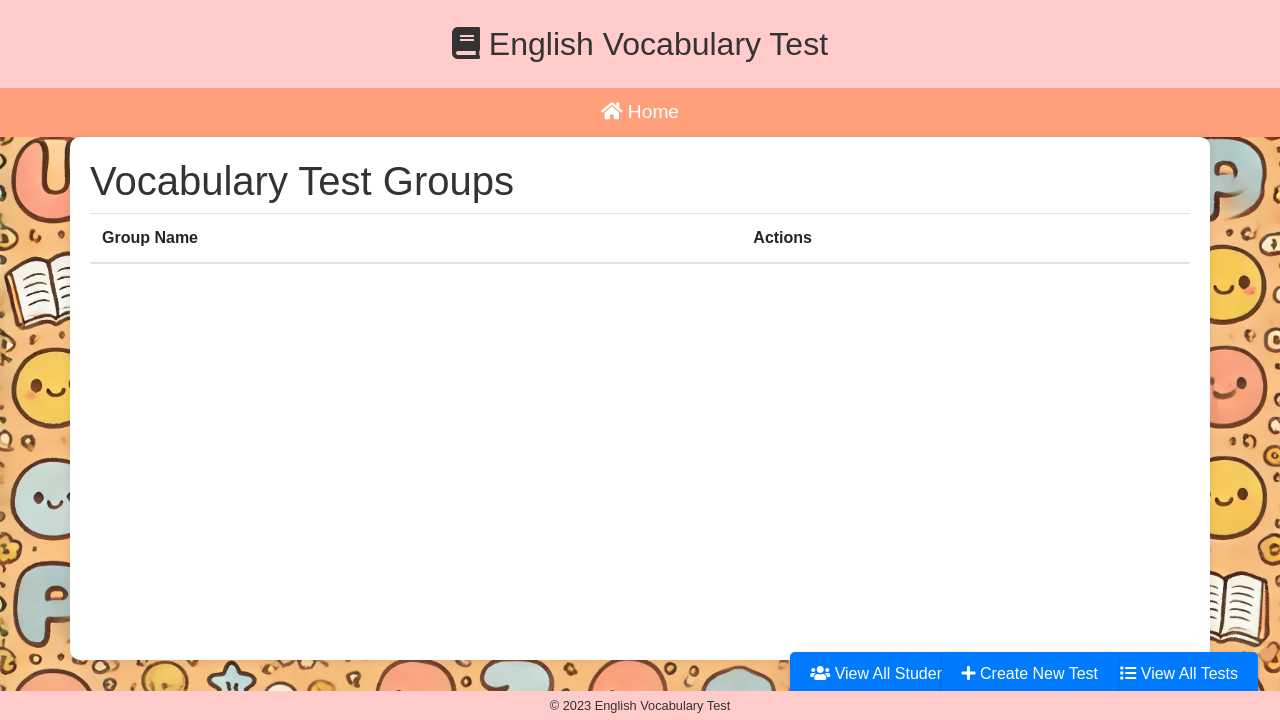
Repository: YamatoGH/testapp
Page: testapp/templates/testapp/home.html
These files come from the project's save history. The page is drawn as it stood at one moment and after the next save; the edit follows.
The browser window is 1280 px wide. The pictures show the whole page.
The page is served by the project's application, run on Django 5.2 (manage.py). Other server files are loaded and not shown. The template is opened directly, without the code that normally fills it, so the values that code supplies are empty.

Above is the page before, as saved 2024-07-21 10:06:43.

### testapp/templates/testapp/home.html
{% extends "testapp/base.html" %}

{% block title %}Home{% endblock %}

{% block content %}
<h1>Vocabulary Test Groups</h1>
<table class="table table-striped table-hover">
    <thead>
        <tr>
            <th>Group Name</th>
            <th>Actions</th>
        </tr>
    </thead>
    <tbody>
        {% for group in groups %}
        <tr>
            <td>{{ group.name }}</td>
            <td><a href="{% url 'group_tests' group.id %}" class="btn btn-custom"><i class="fas fa-eye"></i> View Tests</a></td>
        </tr>
        {% endfor %}
    </tbody>
</table>

<!-- すべてのテストを表示するボタン -->
<a href="{% url 'all_tests' %}" class="btn btn-custom all-tests-button"><i class="fas fa-list"></i> View All Tests</a>

<!-- すべての生徒を表示するボタン -->
<a href="{% url 'student_list' %}" class="btn btn-custom view-all-students-button"><i class="fas fa-users"></i> View All Students</a>

<!-- 新しいテストを作成するボタン -->
<a href="{% url 'create_test' %}" class="btn btn-custom create-test-button"><i class="fas fa-plus"></i> Create New Test</a>

{% endblock %}

### testapp/templates/testapp/base.html
<!DOCTYPE html>
<html>
<head>
    {% load static %}
    <title>{% block title %}English Vocabulary Test{% endblock %}</title>
    <link rel="stylesheet" href="https://stackpath.bootstrapcdn.com/bootstrap/4.3.1/css/bootstrap.min.css">
    <link rel="stylesheet" href="https://cdnjs.cloudflare.com/ajax/libs/font-awesome/5.15.3/css/all.min.css">
    <link rel="stylesheet" type="text/css" href="{% static 'testapp/css/style.css' %}">
</head>
<body>
    <header>
        <i class="fas fa-book"></i> English Vocabulary Test
    </header>
    <nav>
        <a href="{% url 'home' %}"><i class="fas fa-home"></i> Home</a>
    </nav>
    <div class="container">
        {% block content %}{% endblock %}
    </div>
    <footer>
        &copy; 2023 English Vocabulary Test
    </footer>
</body>
<script>
    document.addEventListener("DOMContentLoaded", function() {
        var coll = document.getElementsByClassName("collapsible");
        for (var i = 0; i < coll.length; i++) {
            coll[i].addEventListener("click", function() {
                this.classList.toggle("active");
                var content = this.nextElementSibling;
                if (content.style.display === "block") {
                    content.style.display = "none";
                } else {
                    content.style.display = "block";
                }
            });
        }
    });
</script>
</html>

### vocab_test/urls.py
"""
URL configuration for vocab_test project.

The `urlpatterns` list routes URLs to views. For more information please see:
    https://docs.djangoproject.com/en/5.0/topics/http/urls/
Examples:
Function views
    1. Add an import:  from my_app import views
    2. Add a URL to urlpatterns:  path('', views.home, name='home')
Class-based views
    1. Add an import:  from other_app.views import Home
    2. Add a URL to urlpatterns:  path('', Home.as_view(), name='home')
Including another URLconf
    1. Import the include() function: from django.urls import include, path
    2. Add a URL to urlpatterns:  path('blog/', include('blog.urls'))
"""
from django.contrib import admin
from django.urls import include, path

urlpatterns = [
    path('admin/', admin.site.urls),
    path('', include('testapp.urls')),
]

### testapp/urls.py
from django.conf import settings
from django.conf.urls.static import static
from django.urls import path
from . import views

urlpatterns = [
    path('', views.home, name='home'),
    path('test/<int:test_id>/', views.test_detail, name='test_detail'),
    path('print-test/<int:test_id>/<int:start_index>/<int:end_index>/<str:shuffle>/', views.print_test, name='print_test'),
    path('print-test-with-answers/<int:test_id>/<int:start_index>/<int:end_index>/<str:shuffle>/', views.print_test_with_answers, name='print_test_with_answers'),
    path('create-test/', views.create_test, name='create_test'),
    path('group-tests/<int:group_id>/', views.group_tests, name='group_tests'),
    path('all-tests/', views.all_tests, name='all_tests'),
    path('students/', views.student_list, name='student_list'),
]

if settings.DEBUG:
    urlpatterns += static(settings.STATIC_URL, document_root=settings.STATIC_ROOT)

### testapp/static/testapp/css/style.css
body {
    font-family: 'Comic Sans MS', cursive, sans-serif;
    background-color: #f0f8ff;
    color: #333;
    margin: 0;
    padding: 0;
    background-image: url('/static/testapp/images/background.jpg'); /* ここに背景画像のURLを入力 */
    background-size: cover;
    background-repeat: no-repeat;
    background-attachment: fixed; /* 背景画像を固定 */
    display: flex;
    flex-direction: column;
    min-height: 100vh;
}

header {
    background-color: #ffcccb;
    padding: 20px;
    text-align: center;
    font-size: 2em;
    color: #333;
}

nav {
    background-color: #ffa07a;
    padding: 10px;
    text-align: center;
}

nav a {
    margin: 0 15px;
    color: #fff;
    text-decoration: none;
    font-size: 1.2em;
}

nav a:hover {
    text-decoration: underline;
}

.container {
    flex: 1;  /* Main content will take all available space */
    padding: 20px;
    background-color: rgba(255, 255, 255, 1.0);
    border-radius: 10px;
    box-shadow: 0 0 10px rgba(0, 0, 0, 0.1);
    margin-bottom: 60px;  /* Add some space at the bottom to avoid overlap with the footer */
}

footer {
    background-color: #ffcccb;
    padding: 5px;  /* Adjusted padding */
    text-align: center;
    font-size: 0.8em;  /* Adjusted font size */
    position: fixed;
    width: 100%;
    bottom: 0;
}

.btn-custom {
    background-color: #ffa07a;
    border: none;
    color: white;
    padding: 10px 20px;
    text-align: center;
    text-decoration: none;
    display: inline-block;
    font-size: 16px;
    margin: 4px 2px;
    transition-duration: 0.4s;
    cursor: pointer;
}

.btn-custom:hover {
    background-color: white;
    color: black;
    border: 2px solid #ffa07a;
}

.collapsible {
    cursor: pointer;
    padding: 10px;
    width: 100%;
    border: none;
    text-align: center;
    outline: none;
    font-size: 1em;
}

.active, .collapsible:hover {
    background-color: #ddd;
}

.collapsible-content {
    display: none;
    overflow: hidden;
    padding: 0 10px;
}

.all-tests-button, .create-test-button, .view-all-students-button {
    position: fixed;
    bottom: 20px;
    background-color: #007bff;
    color: white;
    padding: 10px 20px;
    border-radius: 5px;
    text-decoration: none;
    box-shadow: 0 2px 5px rgba(0,0,0,0.2);
    transition: background-color 0.3s ease;
}

.all-tests-button:hover, .create-test-button:hover, .view-all-students-button:hover {
    background-color: #0056b3;
}

.all-tests-button {
    right: 20px;
}

.create-test-button {
    right: 160px; /* Adjusted to be next to the View All Tests button */
}

.view-all-students-button {
    right: 300px; /* Adjusted to be next to the Create Test button */
}

After the next save:
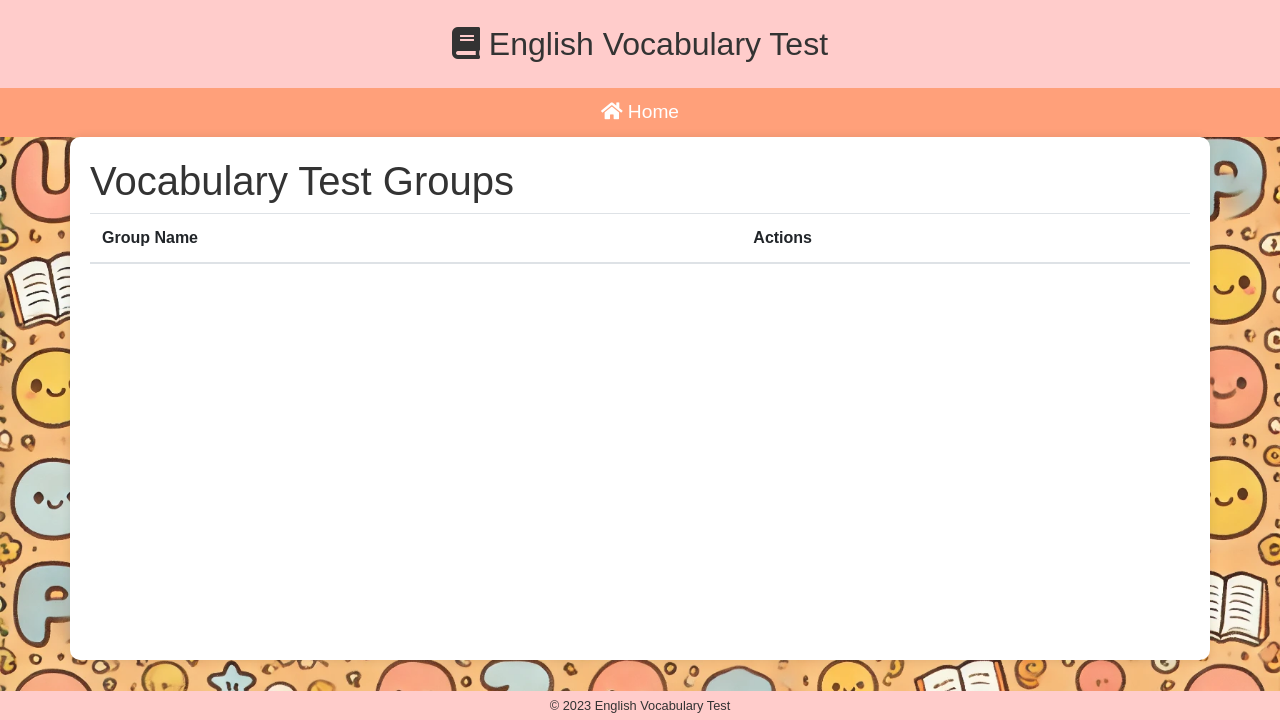
Saved 95 s later.
--- a/testapp/templates/testapp/home.html
+++ b/testapp/templates/testapp/home.html
@@ -20,6 +20,7 @@
         {% endfor %}
     </tbody>
 </table>
+{% endblock %}
 
 <!-- すべてのテストを表示するボタン -->
 <a href="{% url 'all_tests' %}" class="btn btn-custom all-tests-button"><i class="fas fa-list"></i> View All Tests</a>
@@ -29,5 +30,3 @@
 
 <!-- 新しいテストを作成するボタン -->
 <a href="{% url 'create_test' %}" class="btn btn-custom create-test-button"><i class="fas fa-plus"></i> Create New Test</a>
-
-{% endblock %}
